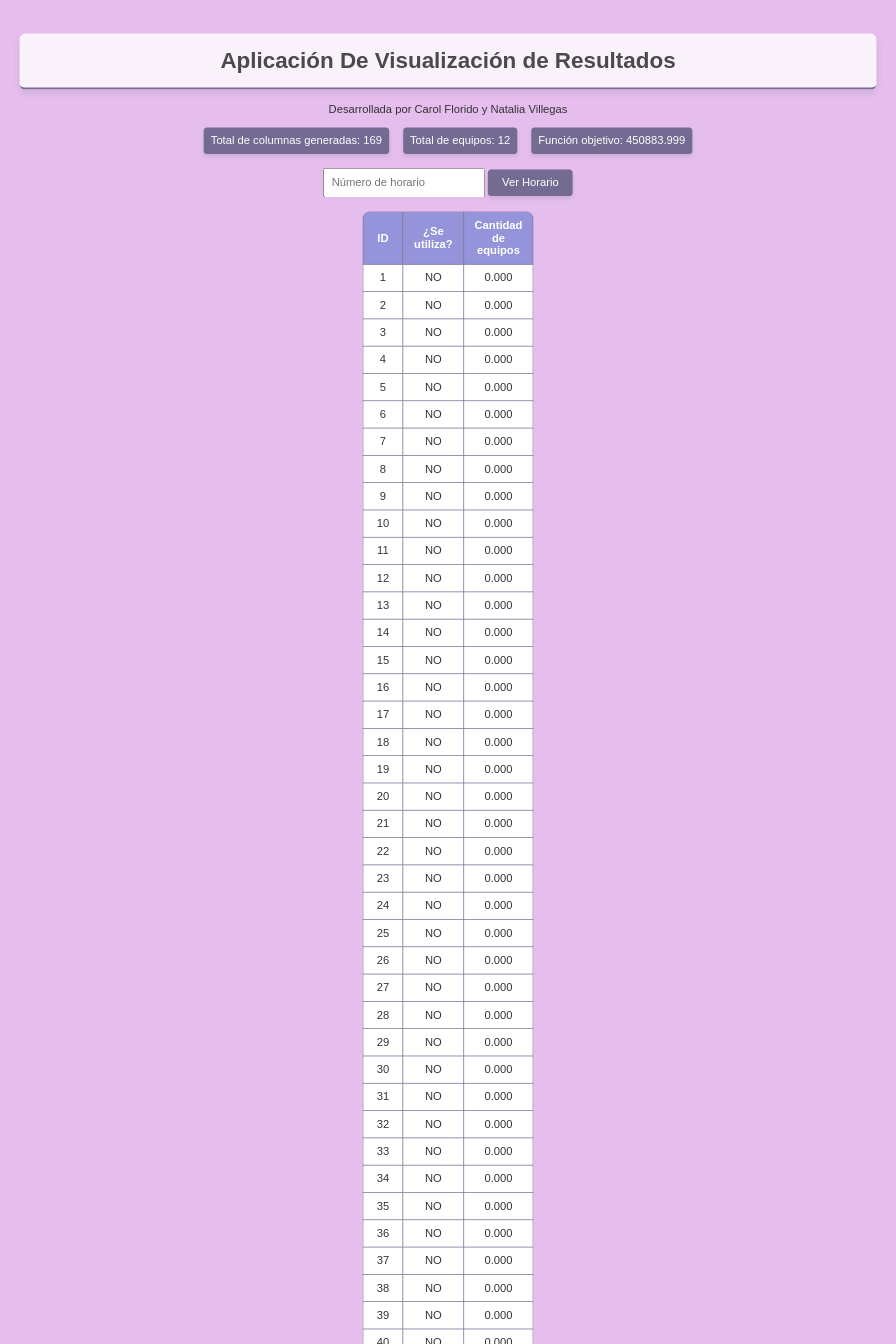
Repository: cflorido/Front_T3
Page: index.html
An editor plug-in stored every save of this project. The page is shown before and after the next save, followed by the edit.
The browser window is 1280 px wide. The pictures show the part of the page from y = 0 to 1920 px (the page is 7067 px tall before and 7105 px after), at 70% of full size.

Above is the page before, as saved 2024-10-22 23:22:31.

### index.html
<!DOCTYPE html>
<html lang="es">
<head>
    <meta charset="UTF-8">
    <meta name="viewport" content="width=device-width, initial-scale=1.0">
    <title>Aplicación Visualización de Datos</title>
    <style>
        body {
            font-family: Arial, sans-serif;
            background-color: #E5BEED;
            color: #333;
            text-align: center;
            padding: 20px;
        }
        .container {
            display: flex;
            justify-content: space-between;
        }
        button {
            padding: 10px 20px;
            font-size: 16px;
            cursor: pointer;
            background-color: #736B92;
            color: white;
            border: none;
            border-radius: 5px;
            transition: background-color 0.3s;
            box-shadow: 0 4px 6px rgba(0, 0, 0, 0.1);
        }
        button:hover {
            background-color: #7D5C65;
        }
        #tablaEquipos {
            width: 20%; /* 20% del ancho de la pantalla */
            border-collapse: collapse;
            text-align: left;
        }
        #tablaEquipos th, #tablaEquipos td {
            border: 1px solid #736B92;
            padding: 10px;
        }
        #tablaEquipos th {
            background-color: #9593D9;
            color: white;
        }
        #tablaEquipos td {
            background-color: #fff;
        }
        #contenido {
            width: 75%; /* 75% del ancho de la pantalla */
            margin-top: 20px;
            padding: 10px;
            border: 1px solid #7C90DB;
            background-color: #fff;
            border-radius: 8px;
            box-shadow: 0 2px 10px rgba(0, 0, 0, 0.2);
            display: none;
        }
        table {
            margin: 20px auto;
            border-collapse: collapse;
            width: 100%;
            border-radius: 10px;
            overflow: hidden;
        }
        th, td {
            border: 1px solid #736B92;
            padding: 10px;
            text-align: center;
            width: 14.28%;
        }
        th {
            background-color: #9593D9;
            color: white;
            font-weight: bold;
        }
        td {
            background-color: #ffffff;
            transition: background-color 0.3s;
        }
        td.utilizado {
            background-color: #7C90DB;
            color: #ffffff;
            font-weight: bold;
        }
        .footer {
            margin-top: 20px;
            font-size: 14px;
            color: #736B92;
        }
        .info-container {
            display: flex;
            justify-content: center;
            margin-bottom: 20px;
        }
        .info-box {
            margin: 0 10px;
            padding: 10px;
            background-color: #736B92;
            color: white;
            border-radius: 5px;
            box-shadow: 0 4px 6px rgba(0, 0, 0, 0.1);
        }
        .titulo {
            font-size: 2em; /* Tamaño del texto */
            font-family: 'Arial', sans-serif; /* Tipo de letra elegante */
            color: #4A4A4A; /* Color del texto */
            text-align: center; /* Centrar texto */
            margin: 20px 0; /* Espaciado superior e inferior */
            padding: 20px; /* Espaciado interno */
            border-bottom: 3px solid #736B92; /* Línea decorativa inferior */
            background-color: rgba(255, 255, 255, 0.8); /* Fondo blanco con opacidad */
            border-radius: 8px; /* Bordes redondeados */
            box-shadow: 0 4px 10px rgba(0, 0, 0, 0.1); /* Sombra sutil */
            transition: color 0.3s, transform 0.3s; /* Transición suave */
        }

        .titulo:hover {
            color: #7D5C65; /* Cambiar color del texto al pasar el ratón */
            transform: translateY(-3px); /* Efecto de desplazamiento al pasar el ratón */
        }


    </style>
</head>
<body>
    <h1 class="titulo">Aplicación De Visualización de Resultados</h1>

    <p>Desarrollada por Carol Florido y Natalia Villegas</p>

    <div class="info-container">
        <div class="info-box">Total de columnas generadas: 169</div>
        <div class="info-box">Total de equipos: 12</div>
        <div class="info-box">Función objetivo: 450883.999</div>
    </div>

    <input type="number" id="numeroLinea" placeholder="Número de horario" min="1" style="padding: 10px; font-size: 16px;">
    <button onclick="cargarLinea()">Ver Horario</button>

    <div class="container">
        <!-- Tabla de equipos en el lado izquierdo -->
        <table id="tablaEquipos">
            <thead>
                <tr>
                    <th>ID</th>
                    <th>¿Se utiliza?</th>
                    <th>Cantidad de equipos</th>
                </tr>
            </thead>
            <tbody></tbody>
        </table>

        <!-- Contenedor de la tabla de horarios -->
        <div id="contenido"></div>
    </div>

    <div class="footer">
        <p>&copy; 2024 Visualización de resultados tarea 3 Optimización Avanzada. Todos los derechos reservados.</p>
    </div>

    <script>
        let lineas = []; // Array para almacenar las líneas del archivo
        let equipos = []; // Array para almacenar la cantidad de equipos

        // Función para cargar el contenido de los archivos
        function cargarContenido() {
            fetch('data_1.txt')
                .then(response => {
                    if (!response.ok) {
                        throw new Error('Error al cargar el archivo: ' + response.statusText);
                    }
                    return response.text();
                })
                .then(data => {
                    lineas = data.split('\n');
                })
                .catch(error => {
                    console.error(error);
                    alert('No se pudo cargar el contenido.');
                });

            // Cargar el contenido del archivo de equipos
            fetch('equipos_1.txt')
                .then(response => {
                    if (!response.ok) {
                        throw new Error('Error al cargar el archivo de equipos: ' + response.statusText);
                    }
                    return response.text();
                })
                .then(data => {
                    equipos = data.split('\n').map(line => {
                        const [numero, cantidad] = line.split(',').map(Number);
                        return { numero, cantidad: parseFloat(cantidad).toFixed(3) }; // Redondear a 3 decimales
                    });
                    mostrarEquipos(); // Mostrar la tabla de equipos
                })
                .catch(error => {
                    console.error(error);
                    alert('No se pudo cargar el contenido de equipos.');
                });
        }

        // Función para mostrar la tabla de equipos
        function mostrarEquipos() {
            const tablaEquiposBody = document.querySelector('#tablaEquipos tbody');
            tablaEquiposBody.innerHTML = ''; // Limpiar el contenido previo

            equipos.forEach(equipo => {
                const fila = document.createElement('tr');
                const celdaId = document.createElement('td');
                const celdaUtiliza = document.createElement('td');
                const celdaCantidad = document.createElement('td');

                celdaId.textContent = equipo.numero;
                celdaUtiliza.textContent = equipo.cantidad > 0 ? 'SI' : 'NO';
                celdaCantidad.textContent = equipo.cantidad;

                fila.appendChild(celdaId);
                fila.appendChild(celdaUtiliza);
                fila.appendChild(celdaCantidad);

                tablaEquiposBody.appendChild(fila);
            });
        }

        // Función para mostrar la línea seleccionada
        function cargarLinea() {
            const numeroLinea = document.getElementById("numeroLinea").value;
            const contenidoDiv = document.getElementById("contenido");

            // Verificar si el número de línea es válido
            if (numeroLinea > 0 && numeroLinea <= lineas.length) {
                const horario = JSON.parse("[" + lineas[numeroLinea - 1] + "]"); // Parsear la línea como JSON con corchetes
                const equipoSeleccionado = equipos.find(e => e.numero === parseInt(numeroLinea));

                // Mostrar la cantidad de equipos arriba del horario
                contenidoDiv.innerHTML = `<h3>Cantidad de equipos: ${equipoSeleccionado ? equipoSeleccionado.cantidad : 'No disponible'}</h3>`;

                mostrarHorario(horario); // Mostrar el horario en forma de tabla
                contenidoDiv.style.display = 'block'; // Muestra el div
            } else {
                alert('Número de línea no válido. Intenta de nuevo.');
            }
        }

        // Función para mostrar el horario en una tabla
        function mostrarHorario(horario) {
            const contenidoDiv = document.getElementById("contenido");

            // Crear la tabla
            const tabla = document.createElement('table');
            const thead = document.createElement('thead');
            const tbody = document.createElement('tbody');

            // Crear encabezado de la tabla
            const encabezado = document.createElement('tr');
            const dias = ['Franja Horaria', 'Lunes', 'Martes', 'Miércoles', 'Jueves', 'Viernes', 'Sábado', 'Domingo'];
            dias.forEach(dia => {
                const th = document.createElement('th');
                th.textContent = dia;
                encabezado.appendChild(th);
            });
            thead.appendChild(encabezado);
            tabla.appendChild(thead);

            // Crear filas de horarios
            for (let i = 0; i < 12; i++) {
                const fila = document.createElement('tr');

                const horaInicio = (i * 2) % 24;
                const horaFin = (horaInicio + 2) % 24;
                const franjaHoraria = `${horaInicio < 10 ? '0' : ''}${horaInicio}:00 - ${horaFin < 10 ? '0' : ''}${horaFin}:00`;

                const celdaFranja = document.createElement('td');
                celdaFranja.textContent = franjaHoraria;
                fila.appendChild(celdaFranja);

                for (let j = 0; j < 7; j++) {
                    const celda = document.createElement('td');
                    celda.textContent = horario[i * 7 + j];
                    if (horario[i * 7 + j] === 1) {
                        celda.classList.add('utilizado'); // Agregar clase si se usa
                    }
                    fila.appendChild(celda);
                }
                tbody.appendChild(fila);
            }

            tabla.appendChild(tbody);
            contenidoDiv.appendChild(tabla);
        }

        // Cargar el contenido de los archivos al iniciar la página
        window.onload = cargarContenido;
    </script>
</body>
</html>

After the next save:
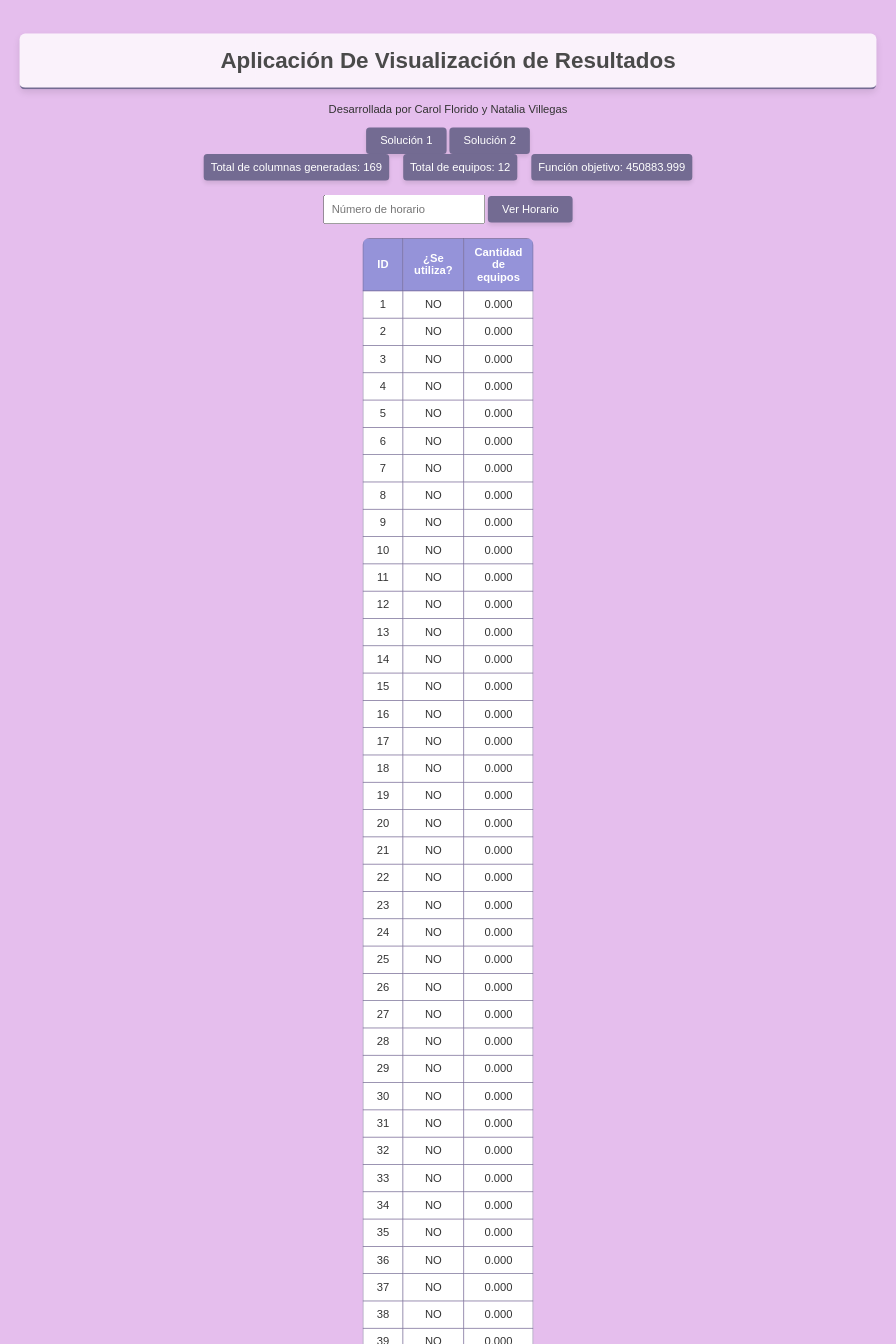
Saved 52 s later.
--- a/index.html
+++ b/index.html
@@ -127,6 +127,14 @@
     <h1 class="titulo">Aplicación De Visualización de Resultados</h1>
 
     <p>Desarrollada por Carol Florido y Natalia Villegas</p>
+
+
+    <div class="soluciones">
+        <button id="solucion1" onclick="cambiarSolucion(1)">Solución 1</button>
+        <button id="solucion2" onclick="cambiarSolucion(2)">Solución 2</button>
+    </div>
+
+
 
     <div class="info-container">
         <div class="info-box">Total de columnas generadas: 169</div>
